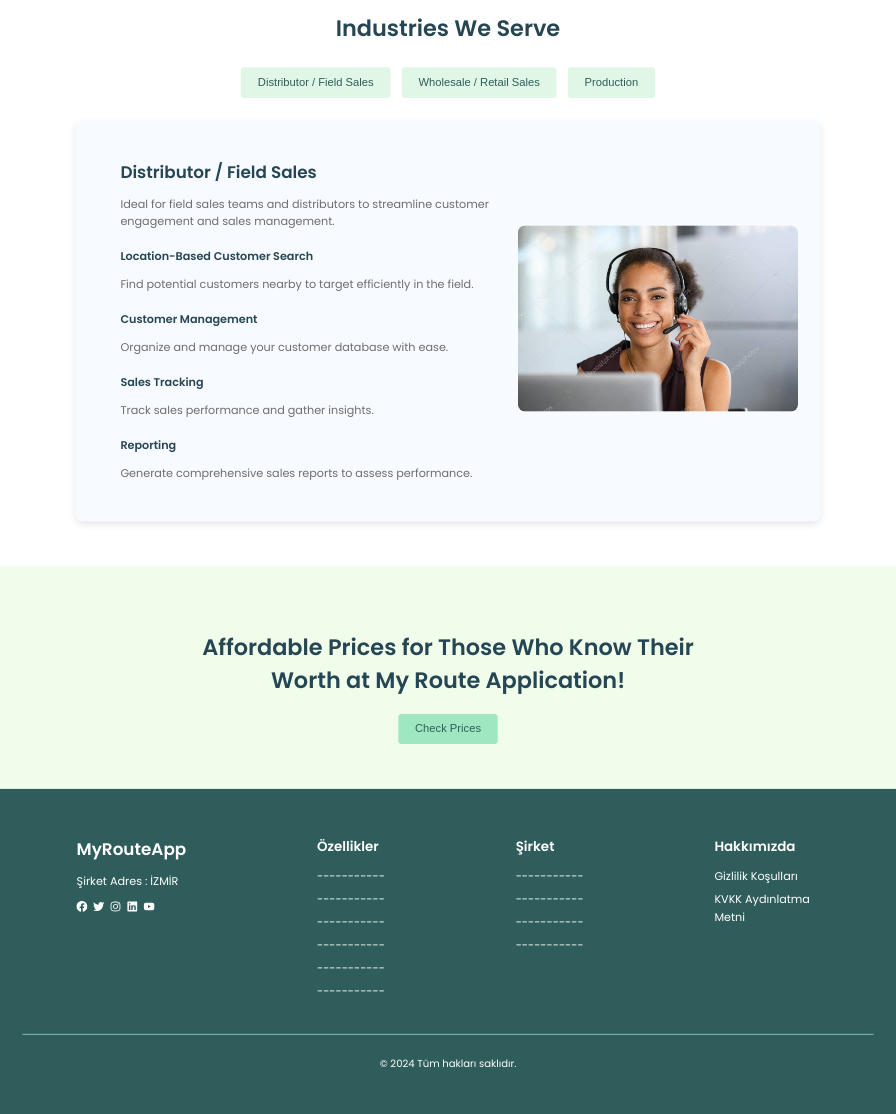
Repository: senolinanyasar/myrouteapplication
Page: /pricing
The author's editor kept a copy of each file at every save. The page is drawn from the files as they stood at one save, then again after the next save.
The browser window is 1280 px wide. The pictures show the part of the page from y = 2720 to 4640 px (the page is 4312 px tall before and 4640 px after), at 70% of full size.
The project was rebuilt for these pictures with package versions that can differ from the ones it lists, and the page was loaded fresh each time. Also part of the build but not shown: vite.config.js.

Above is the page before, as saved 2024-11-14 22:56:01.

### src/index.css
@import url('https://fonts.googleapis.com/css2?family=Poppins:wght@400;600&display=swap');

body {
  font-family: 'Poppins', sans-serif;
  color: #264653;
  background-color: #f1faee;
  margin: 0;
  padding: 0;
  box-sizing: border-box;
}

code {
  font-family: source-code-pro, Menlo, Monaco, Consolas, 'Courier New',
    monospace;
}

### src/App.js
import React from 'react';
import HomePage from './components/HomePage';

function App() {
  return (
    <div className="App">
      <HomePage/>
    </div>
  );
}

export default App;

### src/components/HomePage.js
// HomePage.js
import React from 'react';
import TopBar from './TopBar';
import Header from './Header';
import HeroSection from './HeroSection';
import FeaturesSection from './FeaturesSection';
import PricingSection from './PricingSection';
import SupportSection from './SupportSection';
import IndustriesTab from './IndustriesTab';
import Footer from './Footer';

const HomePage = () => {
    return (
        <div>
            <TopBar />
            <Header />
            <HeroSection />
            <FeaturesSection />
            <SupportSection />
            <IndustriesTab />
            <PricingSection />
            <Footer />
        </div>
    );
};

export default HomePage;

### src/components/TopBar.js
// TopBar.js
import React from 'react';
import './TopBar.css';

const TopBar = () => {
    return (
        <div className="top-bar">
            <div className="top-bar-content">
                <span>Help</span>
                <span>0232 323 3223</span>
                <a href="#contact">Contact</a>
            </div>
        </div>
    );
};

export default TopBar;

### src/components/Header.js
// Header.js
import React from 'react';
import './Header.css';

const Header = () => {
    return(
        <header className="header">
            <div className="header-logo">logo</div>
            <nav className="header-nav">
                <a href="#features">Features</a>
                <a href="#industries">Industries</a>
                <a href="#pricing">Price</a>
                <a href="#about">About Us</a>
                <a href='#contact'>Contact</a>
            </nav>
            <div className="header-buttons">
                <button className="login-button">Sing in</button>
                <button className="register-button">Sing Up</button>
            </div>
        </header>
    );
};


export default Header;

### src/components/HeroSection.js
// HeroSection.js
import React from 'react';
import './HeroSection.css';
import herosectionimage from '../images/hero1.webp';

const HeroSection = () =>{
    return(
        <section className="hero">
            <div className='hero-content'>
                <div className='hero-text'>
                    <h2>Customer Finding and Account Management Application Coming from the Heart of Commerce</h2>
                    <p>Increase your sales by finding your customers quickly.</p>
                    <button className='cta-button'>Let's Get it</button>
                </div>
                <div className='hero-image'>
                    <img src={herosectionimage} alt="Hero"/>
                </div>
            </div>
        </section>
    );
};

export default HeroSection;

### src/components/FeaturesSection.js
// FeaturesSection.js
import React from 'react';
import './FeaturesSection.css';
import locationImage from '../images/location.jpg';

const FeaturesSection = () => {
    return (
        <section className="features-section">
            <h2 className='features-title'>Everything You Need <br /> in One Application</h2>
            <div className='feature'>
                <div className='feature-text'>
                    <h3>Finding customers is now very easy!</h3>
                    <p>Expand your market by quickly finding customers in the sector you sell to with our location finder plugin</p>

                <button className='cta-button'>Detail</button>
            </div>
            <div className='feature-image'>
            <img src={locationImage} alt="Location Feature" />
            </div>
            </div>

            <div className='feature'>
                <div className='feature-text'>
                    <h3>Finding customers is now very easy!</h3>
                    <p>Expand your market by quickly finding customers in the sector you sell to with our location finder plugin</p>

                <button className='cta-button'>Detail</button>
            </div>
            <div className='feature-image'>
            <img src={locationImage} alt="Location Feature" />
            </div>
            </div>
            <div className='feature'>
                <div className='feature-text'>
                    <h3>Finding customers is now very easy!</h3>
                    <p>Expand your market by quickly finding customers in the sector you sell to with our location finder plugin</p>

                <button className='cta-button'>Detail</button>
            </div>
            <div className='feature-image'>
            <img src={locationImage} alt="Location Feature" />
            </div>
            </div>
            <div className='feature'>
                <div className='feature-text'>
                    <h3>Finding customers is now very easy!</h3>
                    <p>Expand your market by quickly finding customers in the sector you sell to with our location finder plugin</p>

                <button className='cta-button'>Detail</button>
            </div>
            <div className='feature-image'>
            <img src={locationImage} alt="Location Feature" />
            </div>
            </div>
        </section>
    );
};

export default FeaturesSection;

### src/components/PricingSection.js
// PricingSection.js
import React from "react";
import './PricingSection.css';

const PricingSection = () => {
    return (
        <section className="pricin-section">
          <div className="price-content">
          <h2>Affordable Prices for Those Who Know Their Worth at My Route Application!</h2>
          <button className="cta-button">Check Prices</button>
          </div>
      </section>
    );
};

export default PricingSection;

### src/components/SupportSection.js
//SupportSection.js
import React from "react";
import './SupportSection.css';
import supportImage from '../images/supportimage.jpg';


const SupportSection = () =>{
    return (
        <section className="support-section">
            <div className="support-content">
                <div className="support-text">
                <h2>We're Here for You When You Need Us!</h2>
          <p>We care about your business as much as you do.</p>
          <p>Whenever you need support, we are just a phone call away!</p>
          <button className="cta-button">Contact Us</button>
                </div>
                <div className="support-image">
                <img src={supportImage} alt="Support Team" />
                </div>
            </div>
        </section>
    );
};

export default SupportSection;

### src/components/IndustriesTab.js
// IndustriesTab.js
import React, { useState } from "react";
import './IndustriesTab.css';
import distributorImage from '../images/supportimage.jpg'
import wholesaleImage from '../images/supportimage.jpg'
import productionImage from '../images/supportimage.jpg'




const industriesContent = {
    distributorFieldSales: {
        title: "Distributor / Field Sales",
        description: "Ideal for field sales teams and distributors to streamline customer engagement and sales management.",
        image: distributorImage,
        features: [
            { title: "Location-Based Customer Search", text: "Find potential customers nearby to target efficiently in the field." },
            { title: "Customer Management", text: "Organize and manage your customer database with ease." },
            { title: "Sales Tracking", text: "Track sales performance and gather insights." },
            { title: "Reporting", text: "Generate comprehensive sales reports to assess performance." }
        ]
    },
    wholesaleRetail: {
        title: "Wholesale / Retail Sales",
        description: "Designed for wholesale and retail businesses to manage inventory and customer interactions seamlessly.",
        image: wholesaleImage,
        features: [
            { title: "Customer Management", text: "Maintain customer profiles and track interactions." },
            { title: "Inventory Tracking", text: "Keep accurate inventory records and prevent stock issues." },
            { title: "Sales Tracking", text: "Monitor sales across retail and wholesale channels." },
            { title: "Basic Accounting", text: "Manage finances and transactions for better accounting." },
            { title: "Reporting", text: "Generate sales and stock reports to optimize operations." }
        ]

    },
    production: {
        title: "Production",
        description: "Perfect for manufacturing businesses to manage stock and production-related customer needs.",
        image: productionImage,
        features: [
            { title: "Inventory Tracking", text: "Track raw materials and finished goods efficiently." },
            { title: "Customer Management", text: "Organize customer details for efficient order processing." },
            { title: "Basic Accounting", text: "Handle finances and basic bookkeeping." },
            { title: "Reporting", text: "Generate production and sales reports for operational insights." }
        ]
    }
};


const IndustriesTab = () => {
    const [activeTab, setActiveTab] = useState("distributorFieldSales");
    const handleTabChange = (tab) => {
        setActiveTab(tab);
    };

    const { title, description, image, features } = industriesContent[activeTab];
    return (
        <section className="industries-tab">
            <h2 className="tabs-title">Industries We Serve</h2>
            <div className="tabs-buttons">
                <button onClick={() => handleTabChange("distributorFieldSales")}>Distributor / Field Sales</button>
                <button onClick={() => handleTabChange("wholesaleRetail")}>Wholesale / Retail Sales</button>
                <button onClick={() => handleTabChange("production")}>Production</button>
            </div>
            <div className="tabs-content">
                <div className="tabs-text">
                    <h3>{title}</h3>
                    <p>{description}</p>
                    {features.map((feature,index)=> (
                        <div key={index} className="tabs-feature">
                            <strong>{feature.title}</strong>
                            <p>{feature.text}</p>
                            </div>
                    ))}
                </div>
                <div className="tabs-image">
                    <img src={image} alt={title}/>
                </div>
            </div>
        </section>
    );
};

export default IndustriesTab;

### src/components/Footer.js
// Footer.js

import React from 'react';
import './Footer.css';
import { FaFacebook, FaInstagram, FaLinkedin, FaTwitter, FaYoutube } from 'react-icons/fa';

const Footer = () => {
    return (
        <footer className="footer">
            <div className='footer-container'>
                {/* Logo ve Adres */}
                <div className='footer-logo-section'>
                    <h2 className='footer-logo'>MyRouteApp</h2>
                    <p>Şirket Adres : İZMİR</p>
                    <div className='social-icons'>
                        <FaFacebook />
                        <FaTwitter />
                        <FaInstagram />
                        <FaLinkedin />
                        <FaYoutube />
                    </div>
                </div>

                {/* Site Haritası */}
                <div className="footer-links">
                    <h3>Özellikler</h3>
                    <ul>
                        <li>-----------</li>
                        <li>-----------</li>
                        <li>-----------</li>
                        <li>-----------</li>
                        <li>-----------</li>
                        <li>-----------</li>
                    </ul>
                </div>

                <div className="footer-links">
                    <h3>Şirket</h3>
                    <ul>
                        <li>-----------</li>
                        <li>-----------</li>
                        <li>-----------</li>
                        <li>-----------</li>
                    </ul>
                </div>

                <div className="footer-links">
                    <h3>Hakkımızda</h3>
                    <ul>
                        <li>Gizlilik Koşulları</li>
                        <li>KVKK Aydınlatma Metni</li>
                    </ul>
                </div>
            </div>

            <div className="footer-bottom">
                <p>&copy; 2024 Tüm hakları saklıdır.</p>
            </div>
        </footer>
    );
};

export default Footer;

### src/components/TopBar.css
/* TopBar.css */

.top-bar {
    background-color: #2f5d5b;
    color: white;
    padding: 0.5rem;
    font-size: 0.9rem;
    display: flex;
    justify-content: center;
    position: fixed;
    top: 0;
    width: 99%;
    z-index: 1000;
}
.top-bar-content {
    display: flex;
    gap: 1rem;
    align-items: center;
    justify-content: flex-end;
    width: 100%;
}

.top-bar-content span{
    color: #ffffff;
}
.top-bar-content a{
    color: #9fe7c0;
    text-decoration: none;
    transition: color 0.3s;
}

.top-bar-content a:hover{
    color: #c3f2d0;
}

### src/components/Header.css
/* Header.css */
.header{
    display: flex;
    justify-content: space-between;
    align-items: center;
    padding: 1rem 2rem;
    background-color: #2f5d5b;
    color: white;
    margin-top: 2rem;
    position: sticky;
    top: 2rem;
    z-index: 999;
}


.header-logo {
    font-size: 1.5rem;
    font-weight: bold;
}
.header-nav a{
    margin: 0 1rem;
    color: white;
    text-decoration: none;
}
.header-nav a:hover {
    color: #e9c46a;
  }

.header-buttons button{
    margin-left: 1rem;
    padding: 0.5rem 1rem;
    border: none;
    border-radius: 5px;
}

.login-button{
    background-color: #2f5d5b;
    color: white;
}

.register-button{
    background-color: #9fe7c0;
    color: black;
}

### src/components/HeroSection.css
.hero {
    padding: 4rem 2rem;
    background-color: #2f5d5b;
    color: white;

}

.hero-content {
    display: flex;
    align-items: center;
    justify-content: space-between;
    max-width: 1000px;
    margin: 0 auto;
}

.hero-text {
    flex: 1;
    margin-right: 2rem;
}

.hero h2 {
    font-size: 2.5rem;
    margin-bottom: 1rem;

}

.hero p {
    font-size: 1.2rem;
    margin-bottom: 2rem;

}

.cta-button {
    padding: 0.8rem 1.5rem;
    font-size: 1rem;
    color: #2f5d5b;
    background-color: #9fe7c0;
    border: none;
    border-radius: 5px;
    cursor: pointer;
    transition: background-color 0.3s ease;
}

.cta-button:hover {
    background-color: #c3f2d0;
}

.hero-image {
    flex: 1;
    max-width: 500px;
    height: auto;

}

.hero-image img {
    width: 100%;
    height: auto;
    object-fit: cover;
    border-radius: 10px;
}

### src/components/FeaturesSection.css
/* FeaturesSection.css */
.features-section {
    padding: 4rem 2rem;
    text-align: center;
}

.features-title {
    font-size: 2rem;
    font-weight: 600;
    color: #264653;
    margin-bottom: 3rem;
    line-height: 1.2;
}



.feature {
    display: flex;
    align-items: center;
    justify-content: center;
    gap: 2rem;
    margin-bottom: 4rem;
    flex-direction: row;
}

.feature:nth-child(even) {
    flex-direction: row-reverse;
}

.feature-text {
    flex: 1;
    max-width: 500px;
    text-align: left;
}

.features h3 {
    font-size: 1.8rem;
    font-weight: 600;
    color: #264653;
    margin-bottom: 1rem;
}

.feature-text p {
    font-size: 1.1rem;
    color: #6d6d6d;
    margin-bottom: 1.5rem;
}

.cta-button {
    padding: 0.8rem 1.5rem;
    font-size: 1rem;
    color: #2f5d5b;
    background-color: #9fe7c0;
    border: none;
    border-radius: 5px;
    cursor: pointer;
    transition: background-color 0.3s ease;
    text-align: center;
}

.cta-button:hover {
    background-color: #c3f2d0;
}

.feature-image {
    flex: 1;
    max-width: 400px;
    height: auto;
}

.feature-image img {
    width: 100%;
    height: auto;
    object-fit: cover;
    border-radius: 10px;
}

### src/components/PricingSection.css
/* PricingSection.css */

.pricin-section{
    background-color: #f0fdeb;
    padding: 4rem 2rem;
    text-align: center;
}
.price-content{
    max-width: 800px;
    margin:  0 auto;
}

.price-content h2{
    font-size: 2rem;
    font-weight: 600;
    color: #264653;
    margin-bottom: 1.5rem;
}

.cta-button {
    padding: 0.8rem 1.5rem;
    font-size: 1rem;
    color: #2f5d5b;
    background-color: #9fe7c0;
    border: none;
    border-radius: 5px;
    cursor: pointer;
    transition: background-color 0.3s ease;
  }

  .cta-button:hover {
    background-color: #c3f2d0;
  }

### src/components/SupportSection.css
/*SupportSection.css */
.support-section{
    background-color: #f9fafb;
    padding: 4rem 2rem;
    display: flex;
    justify-content: center;
    align-items: center;
}

.support-content{
    display: flex;
    align-items: center;
    justify-content: space-between;
    max-width: 1200px;
    gap: 2rem;
}

.support-text{
    flex: 1;
    max-width: 500px;
    text-align: left;
}
.support-text h2{
    font-size: 2rem;
    color: #264653;
    margin-bottom: 1rem;
}

.support-text p {
    font-size: 1.1rem;
    color: #6d6d6d;
    margin-bottom: 1rem;
  }

  .cta-button {
    padding: 0.8rem 1.5rem;
    font-size: 1rem;
    color: #2f5d5b;
    background-color: #9fe7c0;
    border: none;
    border-radius: 5px;
    cursor: pointer;
    transition: background-color 0.3s ease;
  }

  .cta-button:hover {
    background-color: #c3f2d0;
  }

  .support-image {
    flex: 1;
    max-width: 500px;
  }

  .support-image img {
    width: 100%;
    height: auto;
    object-fit: cover;
    border-radius: 10px;
  }

### src/components/IndustriesTab.css
/*IndustriesTab */

.industries-tab{
    background-color: #ffffff;
    padding: 4rem 2rem;
    text-align: center;
}

.tabs-title{
    font-size: 2rem;
    font-weight: 600;
    color: #264653;
    margin-bottom: 2rem;
}

.tabs-buttons{
    display: flex;
    justify-content: center;
    gap: 1rem;
    margin-bottom: 2rem;
}

.tabs-buttons button{
    padding: 0.8rem 1.5rem;
    font-size: 1rem;
    color: #2f5d5b;
    background-color: #e0f7e7;
    border: none;
    border-radius: 5px;
    cursor: pointer;
    transition: background-color 0.3s ease;
}

.tabs-buttons button:hover,
.tabs-buttons button:focus{
    background-color: #9fe7c0;
}

.tabs-content{
    display: flex;
    justify-content: space-around;
    align-items: center;
    background-color: #f7faff;
    padding: 2rem;
    border-radius: 10px;
    box-shadow: 0 4px 10px rgba(0, 0, 0, 0.1);
    max-width: 1000px;
    margin:  0 auto;
}

.tabs-text {
    flex: 1;
    text-align: left;
    padding-left: 2rem;
}

.tabs-text h3 {
    font-size: 1.5rem;
    color: #264653;
    margin-bottom: 1rem;
}
.tabs-text p {
    color: #6d6d6d;
    margin-bottom: 1.5rem;
}

.tabs-feature{
    margin-bottom: 1rem;
}

.tabs-feature strong {
    display: block;
    color: #264653;
    margin-bottom: 0.3rem;
}

.tabs-image{
    flex: 1;
    max-width: 400px;
}

.tabs-image img{
    width: 100%;
    height: auto;
    border-radius: 10px;
    object-fit: cover;
}

### src/components/Footer.css
/* Footer.css */

.footer {
    background-color: #2f5d5b;
    color: white;
    padding: 3rem 2rem;
}
.footer-container{
    display: flex;
    flex-wrap: wrap;
    justify-content: space-around;
    gap: 2rem;
}

.footer-logo-seciton{
    max-width: 200px;
}

.footer-logo{
    font-size: 1.5rem;
    margin-bottom: 1rem;
}
.footer-logo-seciton p{
    margin-bottom: 1rem;
}
.social-icons{
    display: flex;
    gap: 0.5rem;
}
.social-icons svg:hover{
    color: #9fe7c0;
}
.footer-links{
    max-width: 150px;
}
.footer-links h3{
    font-size: 1.2rem;
    margin-bottom: 1rem;
}
.footer-links ul{
    list-style: none;
    padding: 0;
}
.footer-links ul li {
    margin-bottom: 0.5rem;
    cursor: pointer;
    transition: color 0.3s;
}
.footer-links ul li:hover{
    color: #9fe7c0;
}

.footer-bottom {
    text-align: center;
    margin-top: 2rem;
    font-size: 0.9rem;
    border-top: 1px solid #9fe7c0;
    padding-top: 1rem;
}

Loaded but not shown: public/index.html (common file); src/index.js (common file); src/reportWebVitals.js (common file)

After the next save:
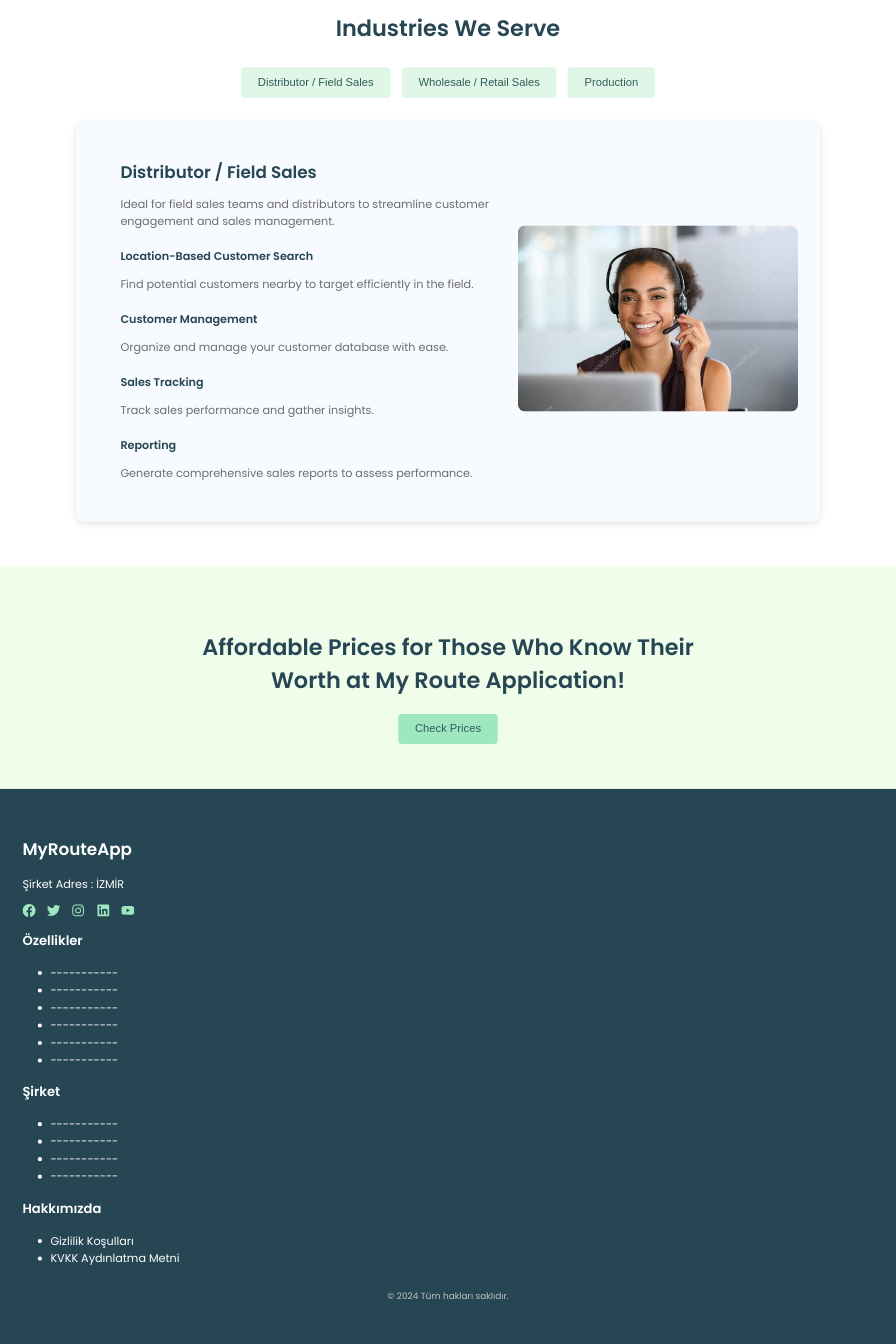
Saved 19 h 2 min later.
--- a/src/components/Footer.css
+++ b/src/components/Footer.css
@@ -1,59 +1,86 @@
 /* Footer.css */
 
 .footer {
-    background-color: #2f5d5b;
-    color: white;
+    background-color: #264653;
+    color: #ffffff;
     padding: 3rem 2rem;
 }
-.footer-container{
+.footer-content{
     display: flex;
-    flex-wrap: wrap;
+    max-width: 1200px;
     justify-content: space-around;
-    gap: 2rem;
+    margin: 0 auto;
 }
 
-.footer-logo-seciton{
-    max-width: 200px;
+.footerleft{
+    flex: 1;
+    max-width: 300px;
 }
 
-.footer-logo{
+.footer-logo h2{
     font-size: 1.5rem;
+    color: #ffffff;
     margin-bottom: 1rem;
 }
-.footer-logo-seciton p{
+
+
+.footer-left p{
+    color: #c3c3c3;
+    font-size: 0.9rem;
+    margin-bottom: 1.5rem;
+}
+
+.social-icons{
+    display: flex;
+    gap: 1rem;
+    font-size: 1.2rem;
+}
+
+
+.social-icons svg{
+    color: #9fe7c0;
+    cursor: pointer;
+    transition: color 0.3s ease;
+}
+.social-icons svg:hover {
+    color: #c3f2d0;
+}
+
+.footer-right{
+    display: flex;
+    gap: 3rem;
+    flex: 2;
+}
+
+.footer-section{
+    text-align: left;
+}
+.footer-section h4{
+    font-size: 1.2rem;
+    color: #9fe7c0;
     margin-bottom: 1rem;
 }
-.social-icons{
-    display: flex;
-    gap: 0.5rem;
-}
-.social-icons svg:hover{
-    color: #9fe7c0;
-}
-.footer-links{
-    max-width: 150px;
-}
-.footer-links h3{
-    font-size: 1.2rem;
-    margin-bottom: 1rem;
-}
-.footer-links ul{
+.footer-section ul{
     list-style: none;
     padding: 0;
-}
-.footer-links ul li {
-    margin-bottom: 0.5rem;
-    cursor: pointer;
-    transition: color 0.3s;
-}
-.footer-links ul li:hover{
-    color: #9fe7c0;
+    margin: 0;
 }
 
-.footer-bottom {
+.footer-section ul li{
+    font-size: 0.9rem;
+    margin-bottom: 0.5rem;
+    color: #c3c3c3;
+    cursor: pointer;
+    transition: color 0.3s ease;
+}
+
+.footer-sectionul li:hover{
+    color: #ffffff;
+}
+
+.footer-bottom{
     text-align: center;
+    font-size: 0.8rem;
+    color: #c3c3c3;
     margin-top: 2rem;
-    font-size: 0.9rem;
-    border-top: 1px solid #9fe7c0;
-    padding-top: 1rem;
 }
